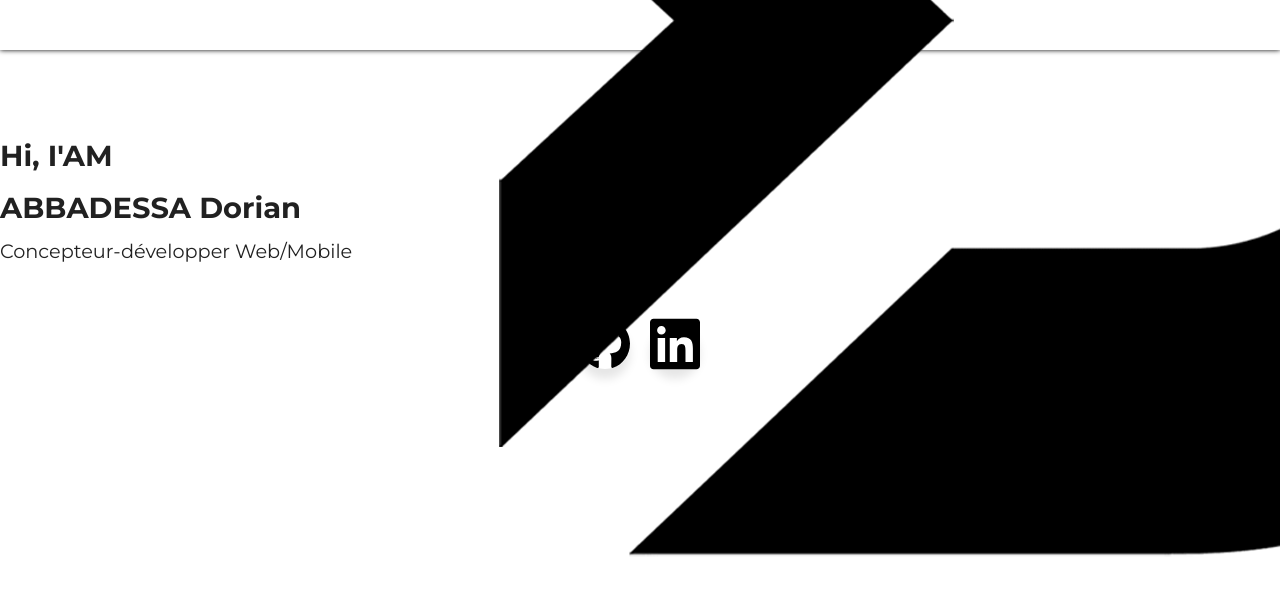
Repository: DorianABDS/Portfolio-ABBADESSA-Dorian
Page: index.html
An editor plug-in stored every save of this project. The page is shown before and after the next save, followed by the edit.
The browser window is 1280 px wide. The pictures show the window.
A layer covers the whole window, so only the first screen is drawn.

Above is the page before, as saved 2024-11-27 23:16:05.

After the next save:
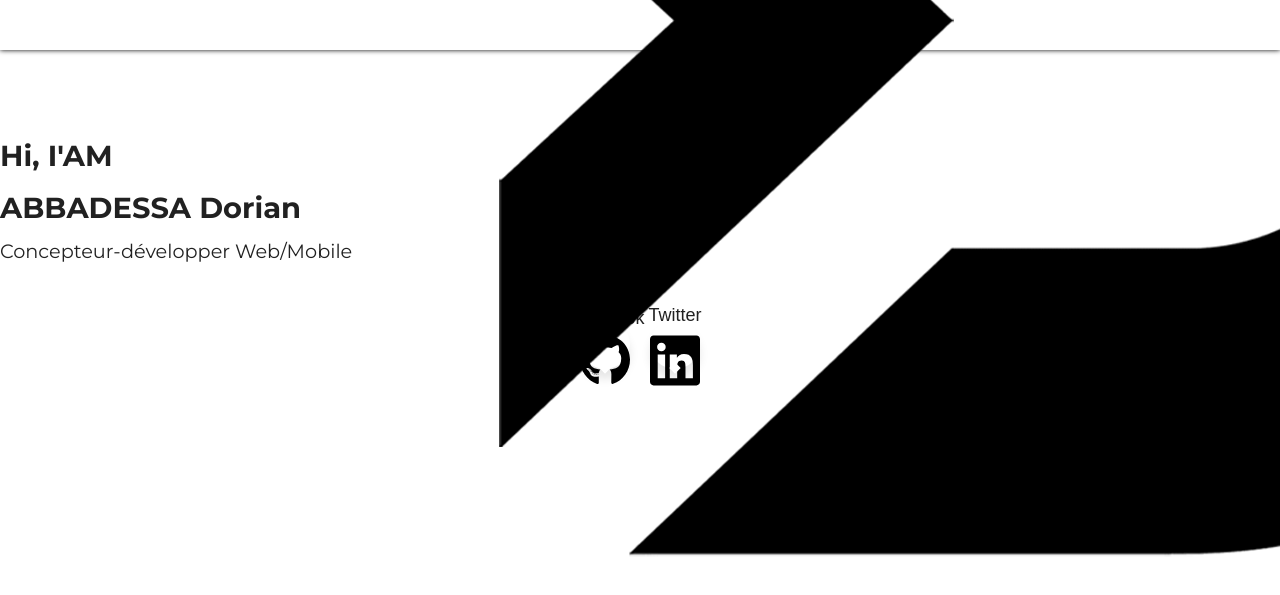
Saved 8 s later.
--- a/style.css
+++ b/style.css
@@ -169,7 +169,7 @@
     transition: all 0.2s cubic-bezier(0.68, -0.55, 0.265, 1.55);
 }
 
-.wrapper .tooltip {
+/* .wrapper .tooltip {
     position: absolute;
     top: 0;
     font-size: 14px;
@@ -181,7 +181,7 @@
     opacity: 0;
     pointer-events: none;
     transition: all 0.3s cubic-bezier(0.68, -0.55, 0.265, 1.55);
-}
+} */
 
 .wrapper .tooltip::before {
     position: absolute;

After the save that followed:
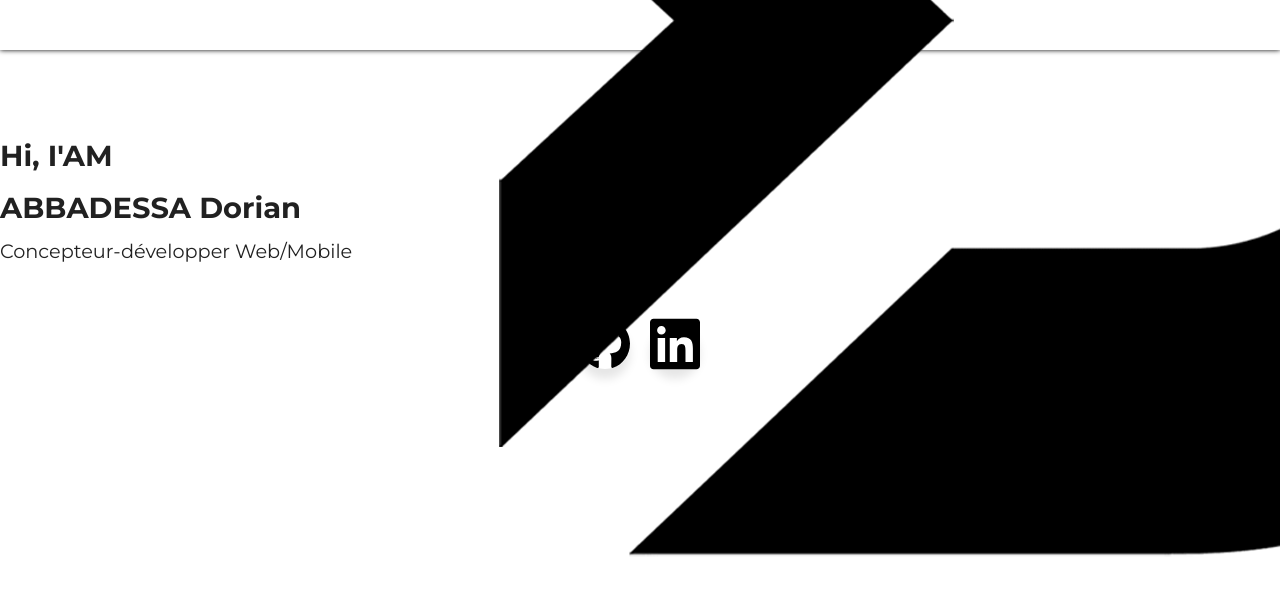
Saved 10 s later.
--- a/style.css
+++ b/style.css
@@ -169,7 +169,7 @@
     transition: all 0.2s cubic-bezier(0.68, -0.55, 0.265, 1.55);
 }
 
-/* .wrapper .tooltip {
+.wrapper .tooltip {
     position: absolute;
     top: 0;
     font-size: 14px;
@@ -181,7 +181,7 @@
     opacity: 0;
     pointer-events: none;
     transition: all 0.3s cubic-bezier(0.68, -0.55, 0.265, 1.55);
-} */
+}
 
 .wrapper .tooltip::before {
     position: absolute;
